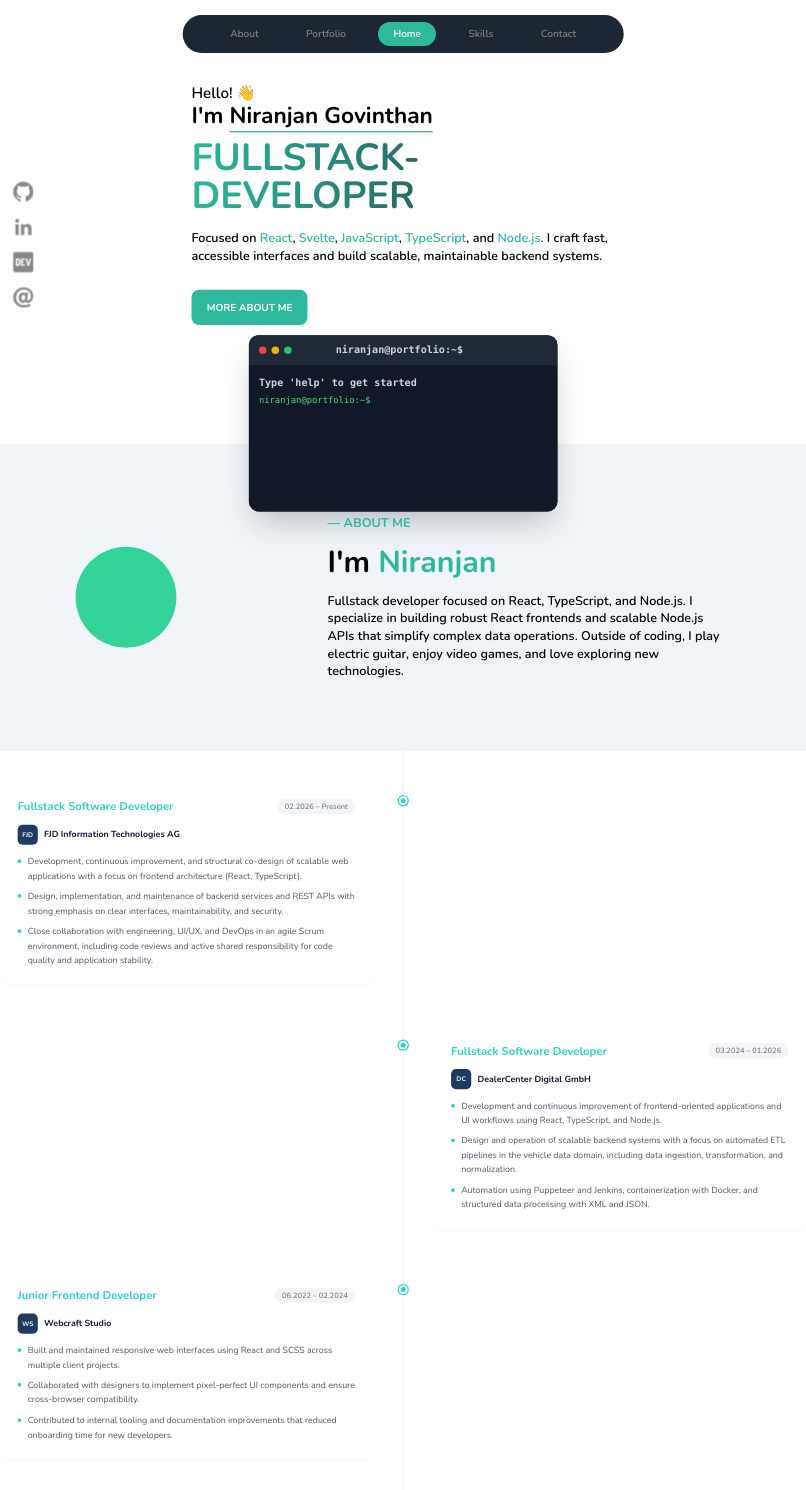
Repository: Niranjan-webdev/My-portfolio
Page: /
The author's editor kept a copy of each file at every save. The page is drawn from the files as they stood at one save, then again after the next save.
The browser window is 1280 px wide. The pictures show the whole page, at 63% of full size.
The project was rebuilt for these pictures with package versions that can differ from the ones it lists, and the page was loaded fresh each time. Also part of the build but not shown: next.config.mjs.

Above is the page before, as saved 2026-03-21 10:58:31.

After the next save:
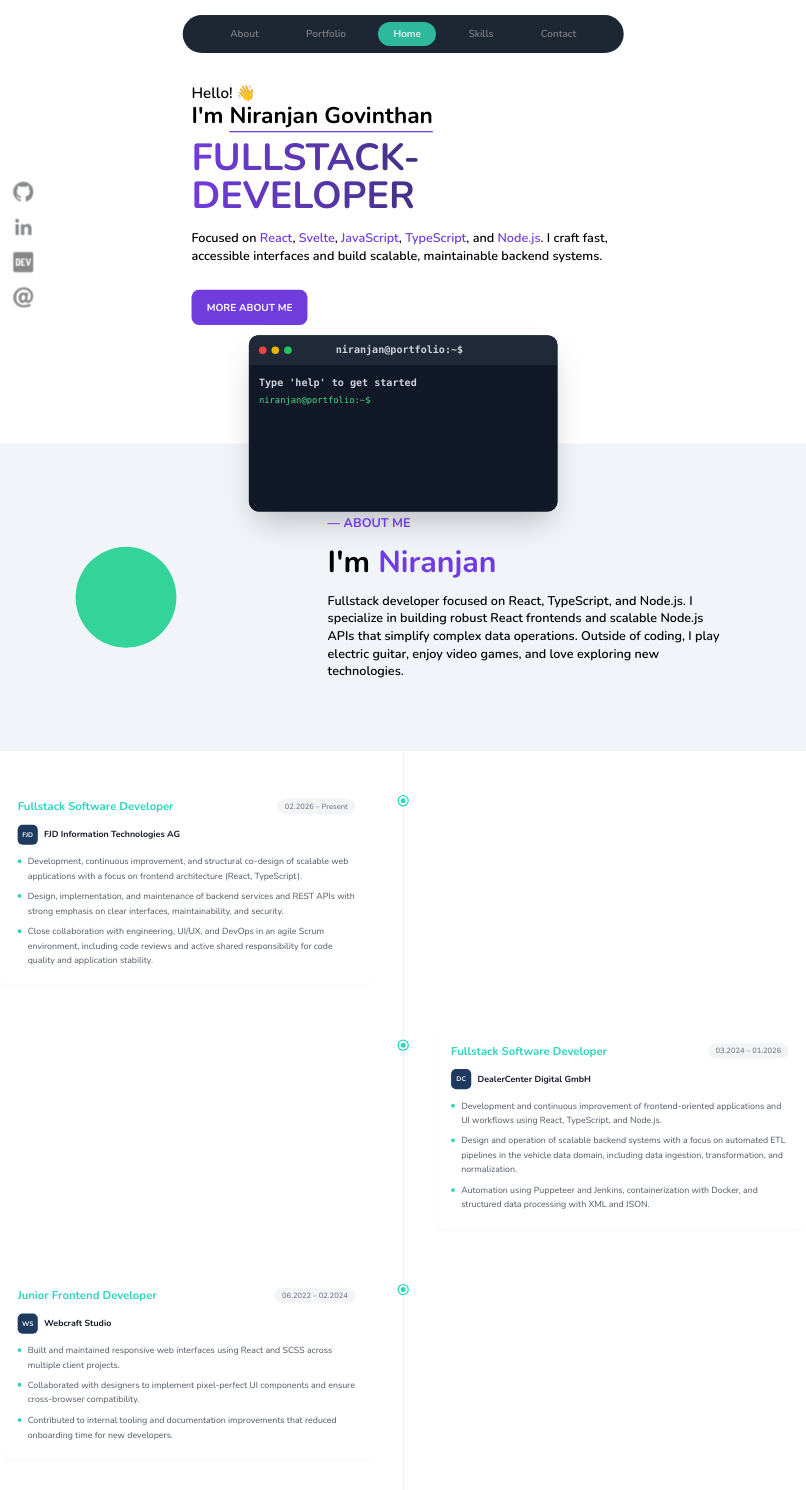
Saved 7 min 55 s later.
--- a/src/components/MainContainer.js
+++ b/src/components/MainContainer.js
@@ -24,10 +24,10 @@
                 <div className='hero__banner h-[calc(100vh-100px)] flex items-center justify-around px-[5rem] py-[3rem] md:flex flex-wrap gap-4'>
                     <div className='banner__content w-3/5'>
                         <h4 className='text-2xl font-semibold'>Hello! 👋</h4>
-                        <h2 className='text-4xl mb-4 font-bold'>I'm <span className='border-b-2 border-[#2eb89c]'>Niranjan Govinthan</span></h2>
-                        <h1 className='text-6xl mb-6 font-bold bg-gradient-to-r from-[#2eb89c] to-[#1d2734] text-transparent bg-clip-text'>FULLSTACK-DEVELOPER</h1>
-                        <p className='text-xl mb-10 font-semibold'>Focused on  <span className='text-[#2eb89c]'>React</span>,  <span className='text-[#2eb89c]'>Svelte</span>, <span className='text-[#2eb89c]'>JavaScript</span>, <span className='text-[#2eb89c]'>TypeScript</span>, and <span className='text-[#2eb89c]'>Node.js</span>. I craft fast, accessible interfaces and build scalable, maintainable backend systems.</p>
-                        <button className='py-4 px-6 bg-[#2eb89c] hover:bg-[#79cdb9] rounded-[12px] text-white text-base font-bold'>MORE ABOUT ME</button>
+                        <h2 className='text-4xl mb-4 font-bold'>I'm <span className='border-b-2 border-[#713cdd]'>Niranjan Govinthan</span></h2>
+                        <h1 className='text-6xl mb-6 font-bold bg-gradient-to-r from-[#713cdd] to-[#1d2734] text-transparent bg-clip-text'>FULLSTACK-DEVELOPER</h1>
+                        <p className='text-xl mb-10 font-semibold'>Focused on  <span className='text-[#713cdd]'>React</span>,  <span className='text-[#713cdd]'>Svelte</span>, <span className='text-[#713cdd]'>JavaScript</span>, <span className='text-[#713cdd]'>TypeScript</span>, and <span className='text-[#713cdd]'>Node.js</span>. I craft fast, accessible interfaces and build scalable, maintainable backend systems.</p>
+                        <button className='py-4 px-6 bg-[#713cdd] hover:bg-[#79cdb9] rounded-[12px] text-white text-base font-bold'>MORE ABOUT ME</button>
                     </div>
                     <Terminal />
                 </div>
@@ -41,8 +41,8 @@
                         <div className='p-20 rounded-full bg-emerald-400'></div>
                     </div>
                     <div className='about__content w-1/2'>
-                        <h4 className='text-xl font-bold text-[#2eb89c] mb-6'>— ABOUT ME</h4>
-                        <h2 className='text-5xl text-[#2eb89c] mb-6 font-bold'><span className='text-black'>I'm</span> Niranjan</h2>
+                        <h4 className='text-xl font-bold text-[#713cdd] mb-6'>— ABOUT ME</h4>
+                        <h2 className='text-5xl text-[#713cdd] mb-6 font-bold'><span className='text-black'>I'm</span> Niranjan</h2>
                         <p className='text-xl font-[600]'>Fullstack developer focused on React, TypeScript, and Node.js. I specialize in building robust React frontends and scalable Node.js APIs that simplify complex data operations. Outside of coding, I play electric guitar, enjoy video games, and love exploring new technologies.</p>
                     </div>
                 </div>

After the save that followed:
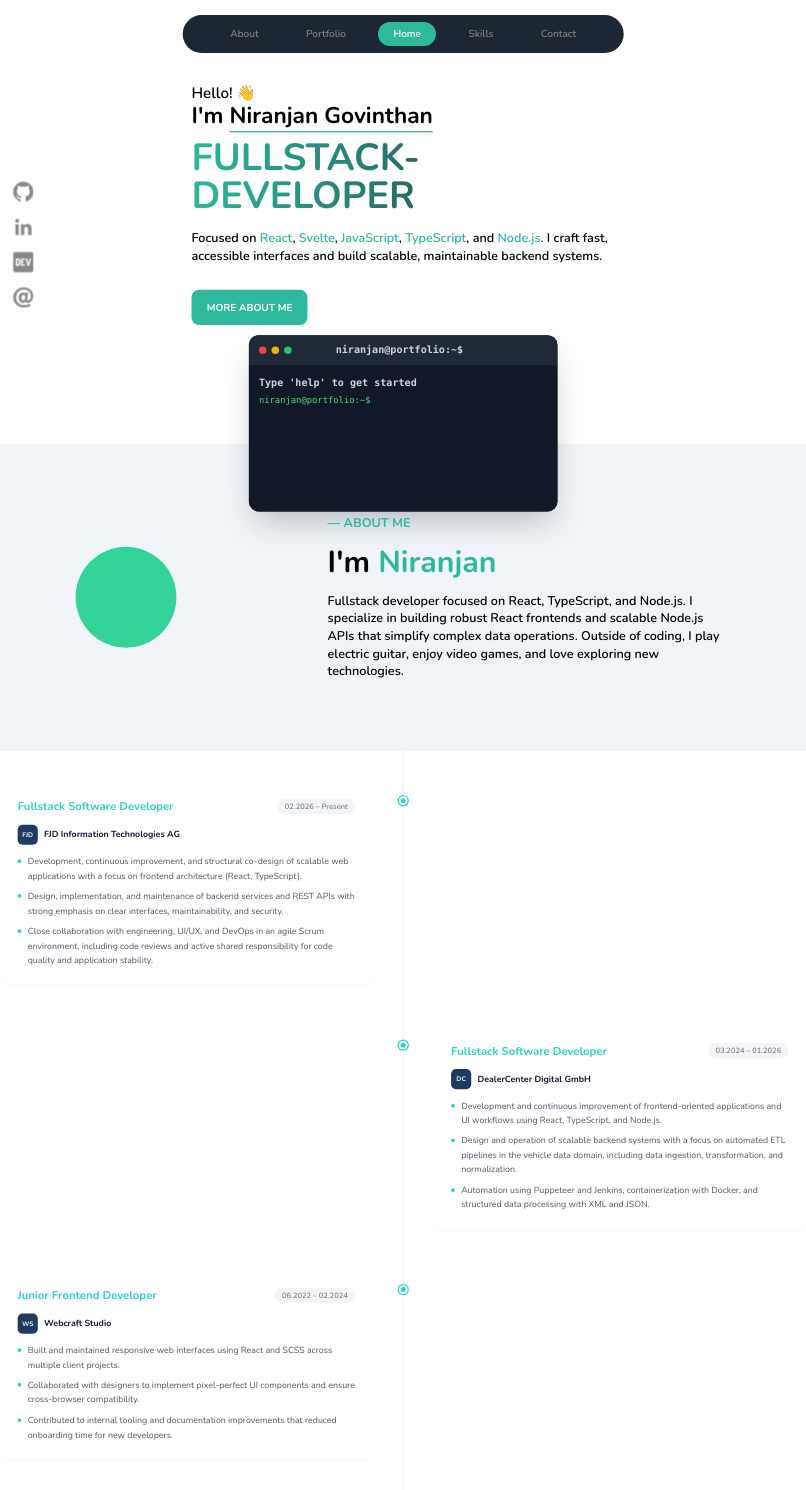
Saved 5 s later.
--- a/src/components/MainContainer.js
+++ b/src/components/MainContainer.js
@@ -24,10 +24,10 @@
                 <div className='hero__banner h-[calc(100vh-100px)] flex items-center justify-around px-[5rem] py-[3rem] md:flex flex-wrap gap-4'>
                     <div className='banner__content w-3/5'>
                         <h4 className='text-2xl font-semibold'>Hello! 👋</h4>
-                        <h2 className='text-4xl mb-4 font-bold'>I'm <span className='border-b-2 border-[#713cdd]'>Niranjan Govinthan</span></h2>
-                        <h1 className='text-6xl mb-6 font-bold bg-gradient-to-r from-[#713cdd] to-[#1d2734] text-transparent bg-clip-text'>FULLSTACK-DEVELOPER</h1>
-                        <p className='text-xl mb-10 font-semibold'>Focused on  <span className='text-[#713cdd]'>React</span>,  <span className='text-[#713cdd]'>Svelte</span>, <span className='text-[#713cdd]'>JavaScript</span>, <span className='text-[#713cdd]'>TypeScript</span>, and <span className='text-[#713cdd]'>Node.js</span>. I craft fast, accessible interfaces and build scalable, maintainable backend systems.</p>
-                        <button className='py-4 px-6 bg-[#713cdd] hover:bg-[#79cdb9] rounded-[12px] text-white text-base font-bold'>MORE ABOUT ME</button>
+                        <h2 className='text-4xl mb-4 font-bold'>I'm <span className='border-b-2 border-[#2eb89c]'>Niranjan Govinthan</span></h2>
+                        <h1 className='text-6xl mb-6 font-bold bg-gradient-to-r from-[#2eb89c] to-[#1d2734] text-transparent bg-clip-text'>FULLSTACK-DEVELOPER</h1>
+                        <p className='text-xl mb-10 font-semibold'>Focused on  <span className='text-[#2eb89c]'>React</span>,  <span className='text-[#2eb89c]'>Svelte</span>, <span className='text-[#2eb89c]'>JavaScript</span>, <span className='text-[#2eb89c]'>TypeScript</span>, and <span className='text-[#2eb89c]'>Node.js</span>. I craft fast, accessible interfaces and build scalable, maintainable backend systems.</p>
+                        <button className='py-4 px-6 bg-[#2eb89c] hover:bg-[#79cdb9] rounded-[12px] text-white text-base font-bold'>MORE ABOUT ME</button>
                     </div>
                     <Terminal />
                 </div>
@@ -41,8 +41,8 @@
                         <div className='p-20 rounded-full bg-emerald-400'></div>
                     </div>
                     <div className='about__content w-1/2'>
-                        <h4 className='text-xl font-bold text-[#713cdd] mb-6'>— ABOUT ME</h4>
-                        <h2 className='text-5xl text-[#713cdd] mb-6 font-bold'><span className='text-black'>I'm</span> Niranjan</h2>
+                        <h4 className='text-xl font-bold text-[#2eb89c] mb-6'>— ABOUT ME</h4>
+                        <h2 className='text-5xl text-[#2eb89c] mb-6 font-bold'><span className='text-black'>I'm</span> Niranjan</h2>
                         <p className='text-xl font-[600]'>Fullstack developer focused on React, TypeScript, and Node.js. I specialize in building robust React frontends and scalable Node.js APIs that simplify complex data operations. Outside of coding, I play electric guitar, enjoy video games, and love exploring new technologies.</p>
                     </div>
                 </div>
